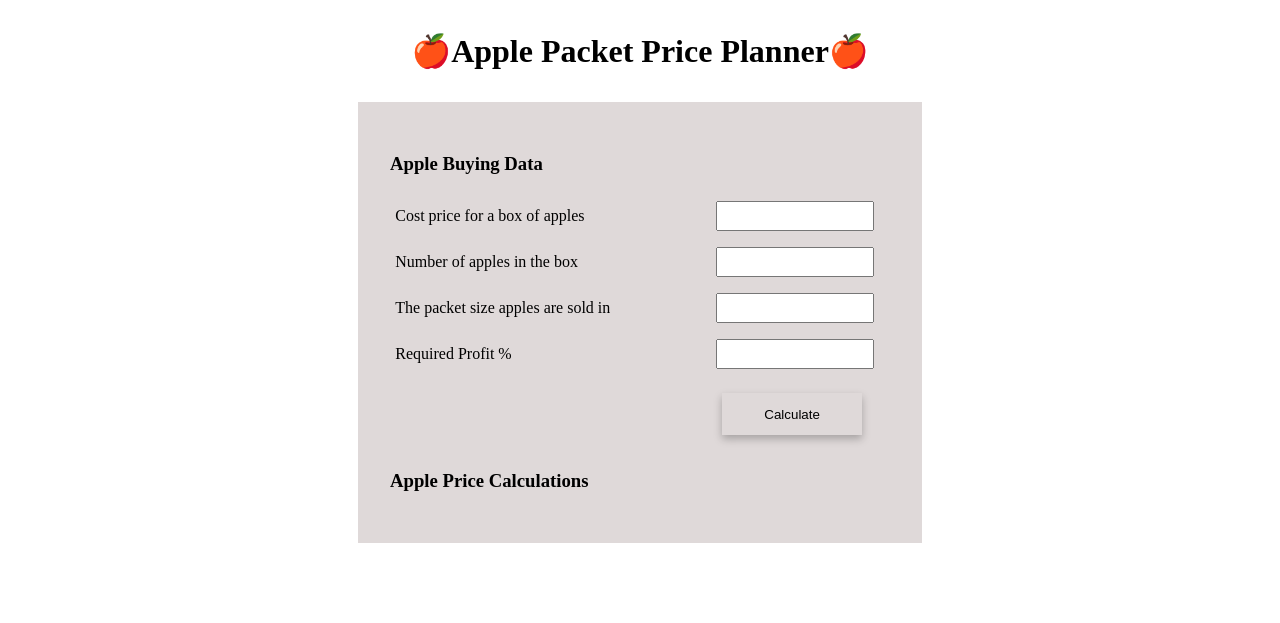
Repository: lasity34/apple-packet-price-planner
Page: index.html
These files come from the project's save history. The page is drawn as it stood at one moment and after the next save; the edit follows.
The browser window is 1280 px wide. The pictures show the whole page.

Above is the page before, as saved 2023-05-29 12:02:45.

After the next save:
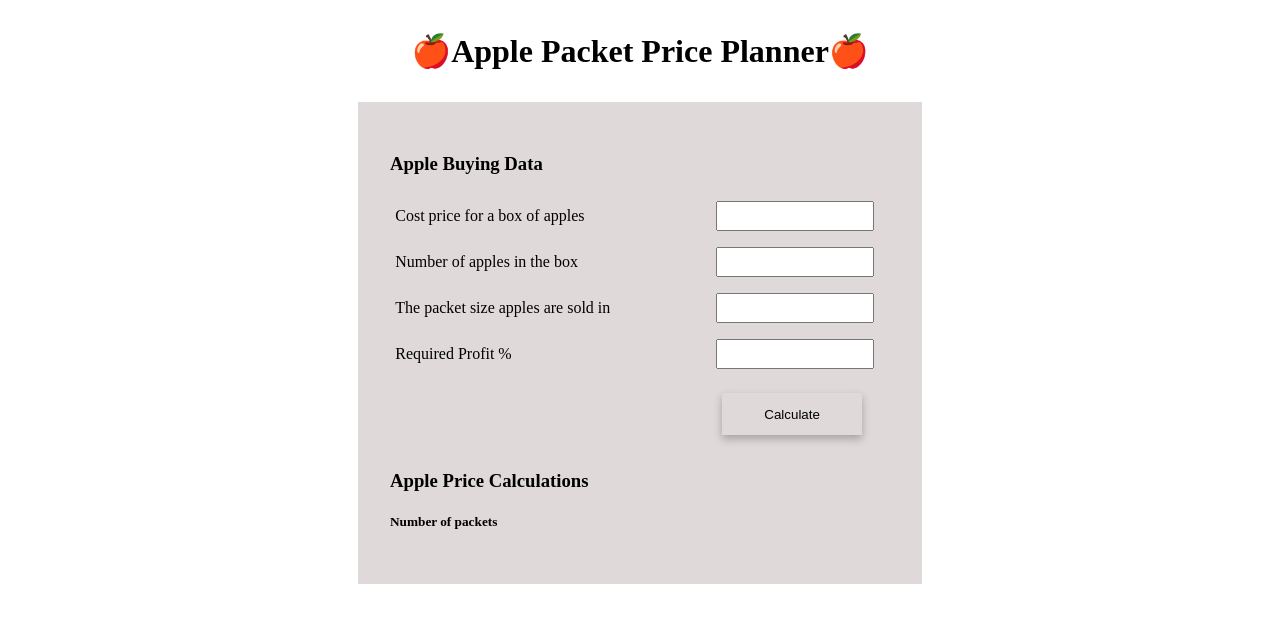
Saved 9 min 28 s later.
--- a/index.html
+++ b/index.html
@@ -48,6 +48,10 @@
     </div>
    <section class="data_display">
     <h3>Apple Price Calculations</h3>
+    <div class="data_container">
+      <h5>Number of packets</h5>
+      <h5 class="packets_display"></h5>
+    </div>
    </section>
     </main>
   </body>
